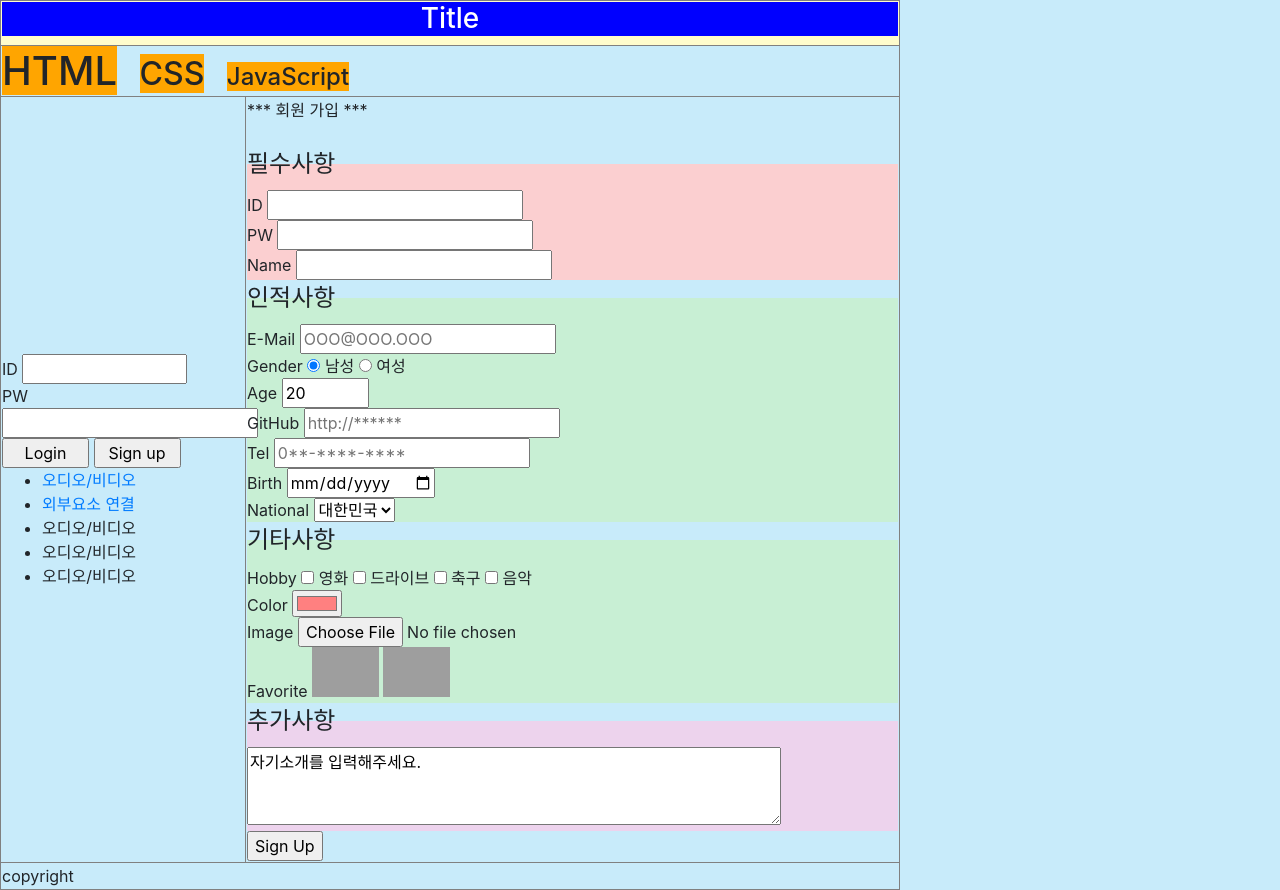
Repository: Hwangjiwon/MultiCampus
Page: http://localhost/2Study/jsp/member_insert.jsp
These files come from the project's save history. The page is drawn as it stood at one moment and after the next save; the edit follows.
The browser window is 1280 px wide. The pictures show the whole page.
Pictures or frames that could not be fetched are drawn as grey boxes. The page is served by Tomcat 9.

Above is the page before, as saved 2019-05-31 07:01:15.

After the next save:
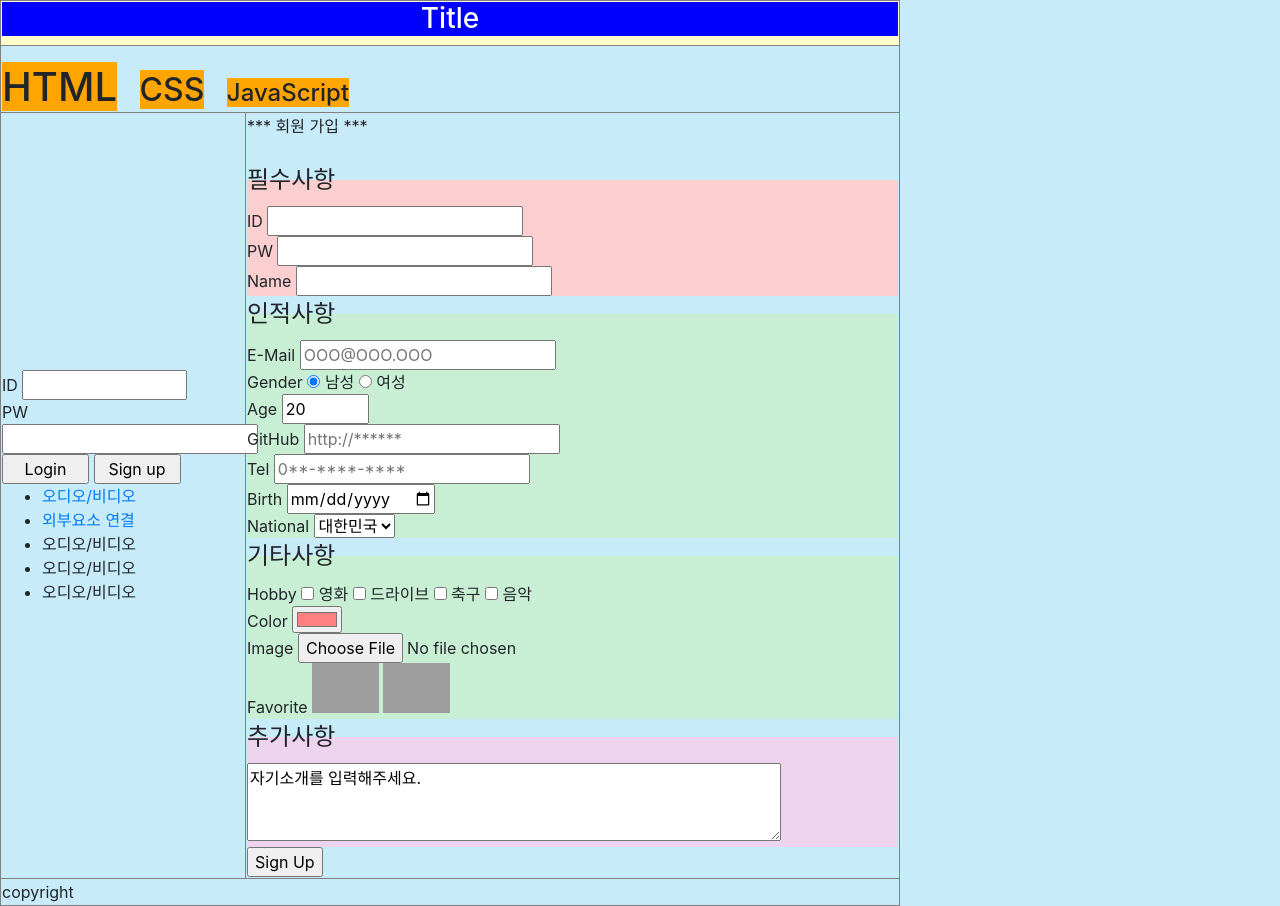
Saved 77 s later.
--- a/2Study/WebContent/jsp/header.jsp
+++ b/2Study/WebContent/jsp/header.jsp
@@ -17,6 +17,6 @@
 			<td colspan="2"><h3>Title</h3></td>
 		</tr>
 		<tr height="5%">
-			<td colspan="2"><h1> HTML</h1> &nbsp;&nbsp;&nbsp; <h2> CSS</h2> &nbsp;&nbsp;&nbsp;
+			<td colspan="2"><p><h1> HTML</h1> &nbsp;&nbsp;&nbsp; <h2> CSS</h2> &nbsp;&nbsp;&nbsp;
 				<h4>JavaScript</h4></td>
 		</tr>
--- a/2Study/WebContent/css/mystyle.css
+++ b/2Study/WebContent/css/mystyle.css
@@ -2,7 +2,7 @@ h1, h2, h4 {
 	background: orange;
 	display: inline;
 }
-h1::first-letter{
+p::first-letter{
 	color : #822CC2;
 	font-size : 50px;
 	font-weight : bold;
